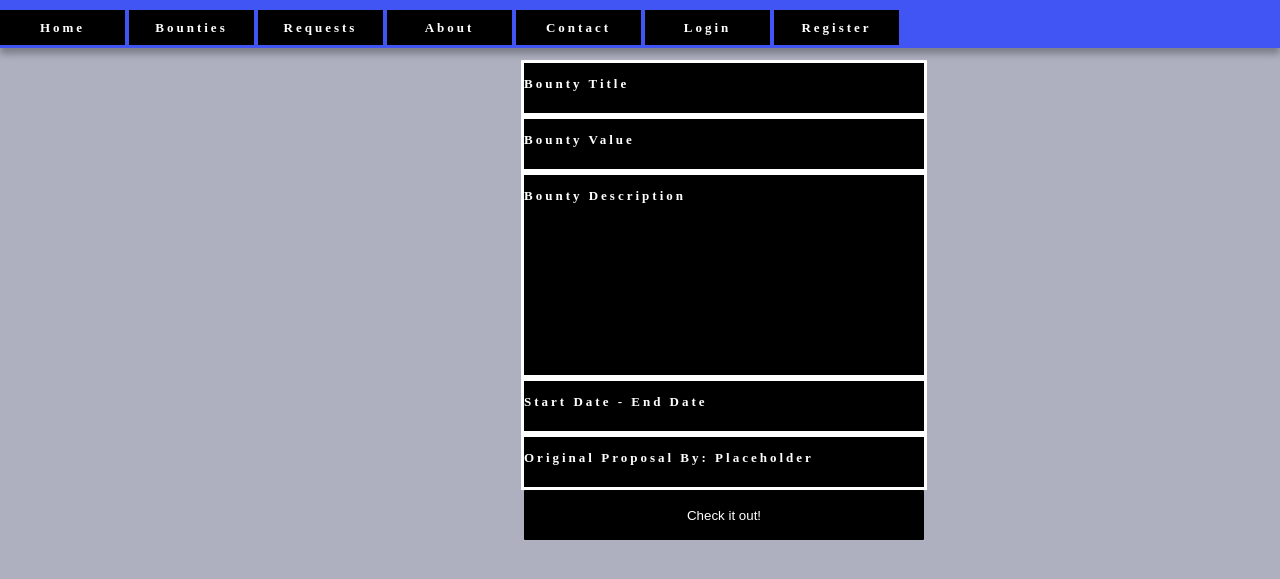
Repository: mailog/Tomorrow
Page: http://localhost/bounties
An editor plug-in stored every save of this project. The page is shown before and after the next save, followed by the edit.
The browser window is 1280 px wide. The pictures show the whole page.
The page is this project's Thymeleaf template; nobody is signed in. The template is opened directly, without the code that normally fills it, so the values that code supplies are empty.

Above is the page before, as saved 2017-07-29 04:56:23.

### Tomorrow/src/main/resources/templates/bounties.html
<html xmlns:th="http://www.thymeleaf.org">
<head>
<title>Bounties</title>
<link rel="stylesheet" type="text/css" href="/css/toolbar.css" />
<link rel="stylesheet" type="text/css" href="/css/bounties.css" />
</head>
<body>

<div class = "toolbar">
	<a href = "/">
		<button class = "tool_button"> Home </button>
	</a>
	<a href = "/bounties">
		<button class = "tool_button"> Bounties </button>
	</a>
	<a href = "/requests">
		<button class = "tool_button"> Requests </button>
	</a>
	<a href = "/about">
		<button class = "tool_button"> About </button>
	</a>
	<a href = "/contact">
		<button class = "tool_button"> Contact </button>
	</a>
	<a href = "/login">
		<button class = "tool_button"> Login </button>
	</a>
	<a href = "/register">
		<button class = "tool_button"> Register </button>
	</a>
</div>

<div id = "bounties">
	<div class = "bounty">
		<div class = "bounty_title">
			<p>Bounty Title</p>
		</div>
		<div class = "bounty_value">
			<p>Bounty Value</p>
		</div>
		<div class = "bounty_desc">
			<p>Bounty Description</p>
		</div>
		<div class = "bounty_period">
			<p>Start Date - End Date</p>
		</div>
		<div class = "bounty_proposer">
			<p>Original Proposal By: Placeholder </p>
		</div>
		<a href = "/">
			<button class = "bounty_button"> Check it out! </button>
		</a>
	</div>
</div>
</body>
</html>

### Tomorrow/src/main/resources/static/css/toolbar.css
/*------------------STATIC------------------*/
/*------------------------------------------*/

/*-------------------BODY-------------------*/

	body{
		background-color: #aeb0c0;
		color: #FFFFFF;
	}


/*------------------------------------------*/

/*---------------TOOLBAR--------------------*/
	.toolbar{
		width:100%;
		height: 48px;
		z-index: 1;
		opacity: 1;
		position: absolute;
		left: 0px;
		top: 0px;
		float: center;
		padding 0 0 0 0;
		margin-left:auto;
		margin-right:auto;
		background-color: #4155f4;
		-webkit-box-shadow: 0px 6px 7px 0px rgba(0,0,0,0.29);
		-moz-box-shadow: 0px 6px 7px 0px rgba(0,0,0,0.29);
		box-shadow: 0px 6px 7px 0px rgba(0,0,0,0.29);
	}

	.tool_button{
		height: 35px;
		width: 125px;
		display:inline;
		background-color: #000000;
		color:white;
		padding: 0px;
		font-family: Browalia-New;
		font-size: 13px;
		font-weight:bold;
		letter-spacing: 3px;
		border:none;
		cursor: pointer;
		margin-top: 10px;
		margin-bottom: 6px;
		margin-right: 0px;
		margin-left: 0px;
		border-bottom-style: none;
		text-decoration:none;
	}

	.tool_button:hover{
		text-decoration:none;
		border-bottom-style: solid;
		border-bottom-width:3px;
		border-bottom-color:#FFFFFF;
	}

	.toolbar a{
		text-decoration:none;
	}

/*------------------------------------------*/

/*-----------------BUTTONS------------------*/
	.introbtn{}

	.tutorialbtn{
	}

	.registerbtn{
	}

/*------------------------------------------*/

/*------------------INFO--------------------*/

/*------------------------------------------*/

### Tomorrow/src/main/resources/static/css/bounties.css
#bounties
{
	position: relative;
	margin: 50px auto;
	color:white;
	width: 50%;
	padding: 10px;
}

.bounty
{
		height: 500px;
		width: 800px;
		color:white;
		padding: 0px;
		font-family: Browalia-New;
		font-size: 13px;
		font-weight:bold;
		letter-spacing: 3px;
		text-decoration:none;
}

.bounty_title
{
	display:block;
	width: 500px;
	height: 50px;
	background-color: black;
	border-style:solid;
    border-radius: 1px;
    margin: auto;
    width: 50%;

}

.bounty_value
{
	display:block;
	width: 500px;
	height:50px;
	background-color: black;
	border-style:solid;
    margin: auto;
    width: 50%;
}

.bounty_desc
{
	display:block;
	width: 500px;
	height: 200px;
	background-color: black;
	border-style:solid;
    margin: auto;
    width: 50%;
}

.bounty_period
{
	display:block;
	width: 500px;
	height:50px;
	background-color: black;
	border-style:solid;
    margin: auto;
    width: 50%;
}

.bounty_proposer
{
	display:block;
	width: 500px;
	height: 50px;
	background-color: black;
	border-style:solid;
    margin: auto;
    width: 50%;
}

.bounty_button
{
	color:white;
	display:block;
	width: 250px;
	height:50px;
	background-color: black;
	border-style:solid;
    border-radius: 1px;
    margin: auto;
    width: 50%;
	text-decoration:none;
}

#bounties a{
		text-decoration:none;
}

After the next save:
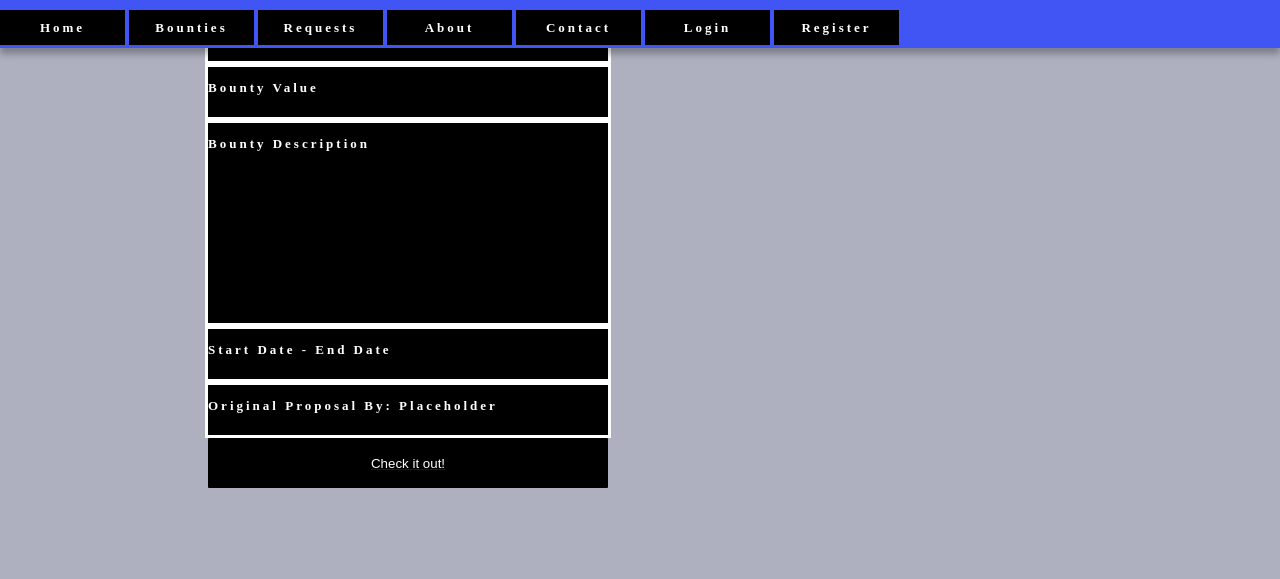
Saved 110 s later.
--- a/Tomorrow/src/main/resources/templates/bounties.html
+++ b/Tomorrow/src/main/resources/templates/bounties.html
@@ -30,7 +30,8 @@
 	</a>
 </div>
 
-<div id = "bounties">
+
+<div class = "bounties">
 	<div class = "bounty">
 		<div class = "bounty_title">
 			<p>Bounty Title</p>

After the 2 saves that followed:
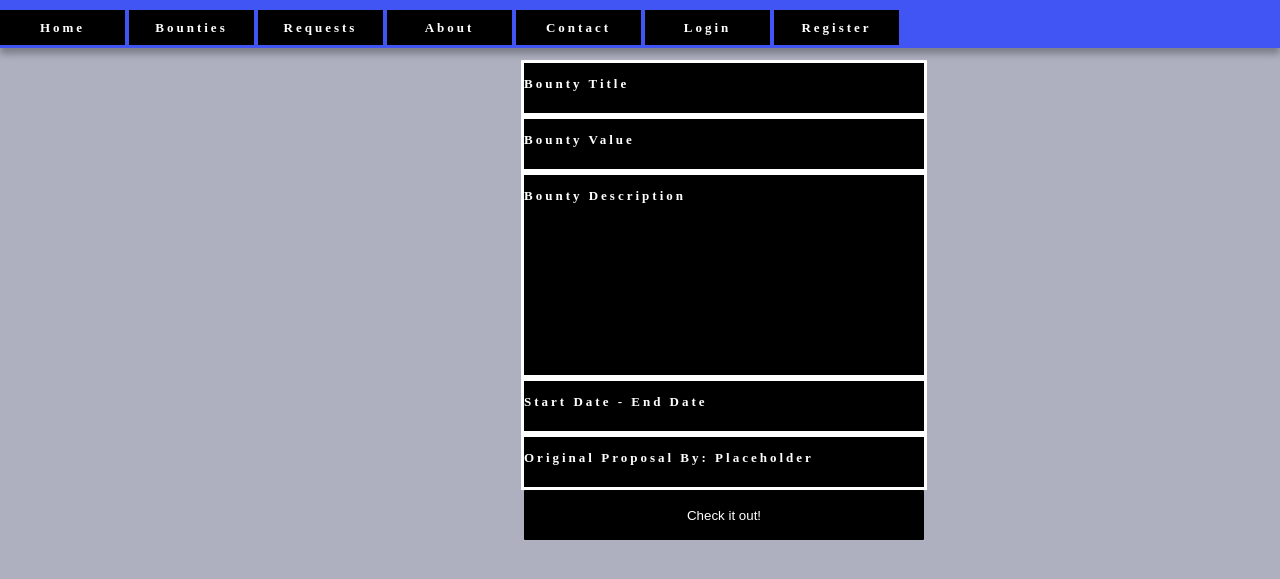
The 2 saves are shown as one change because 1 left the picture as it was.
The last was saved 10 s later.
--- a/Tomorrow/src/main/resources/templates/bounties.html
+++ b/Tomorrow/src/main/resources/templates/bounties.html
@@ -31,7 +31,7 @@
 </div>
 
 
-<div class = "bounties">
+<div id = "bounties">
 	<div class = "bounty">
 		<div class = "bounty_title">
 			<p>Bounty Title</p>
